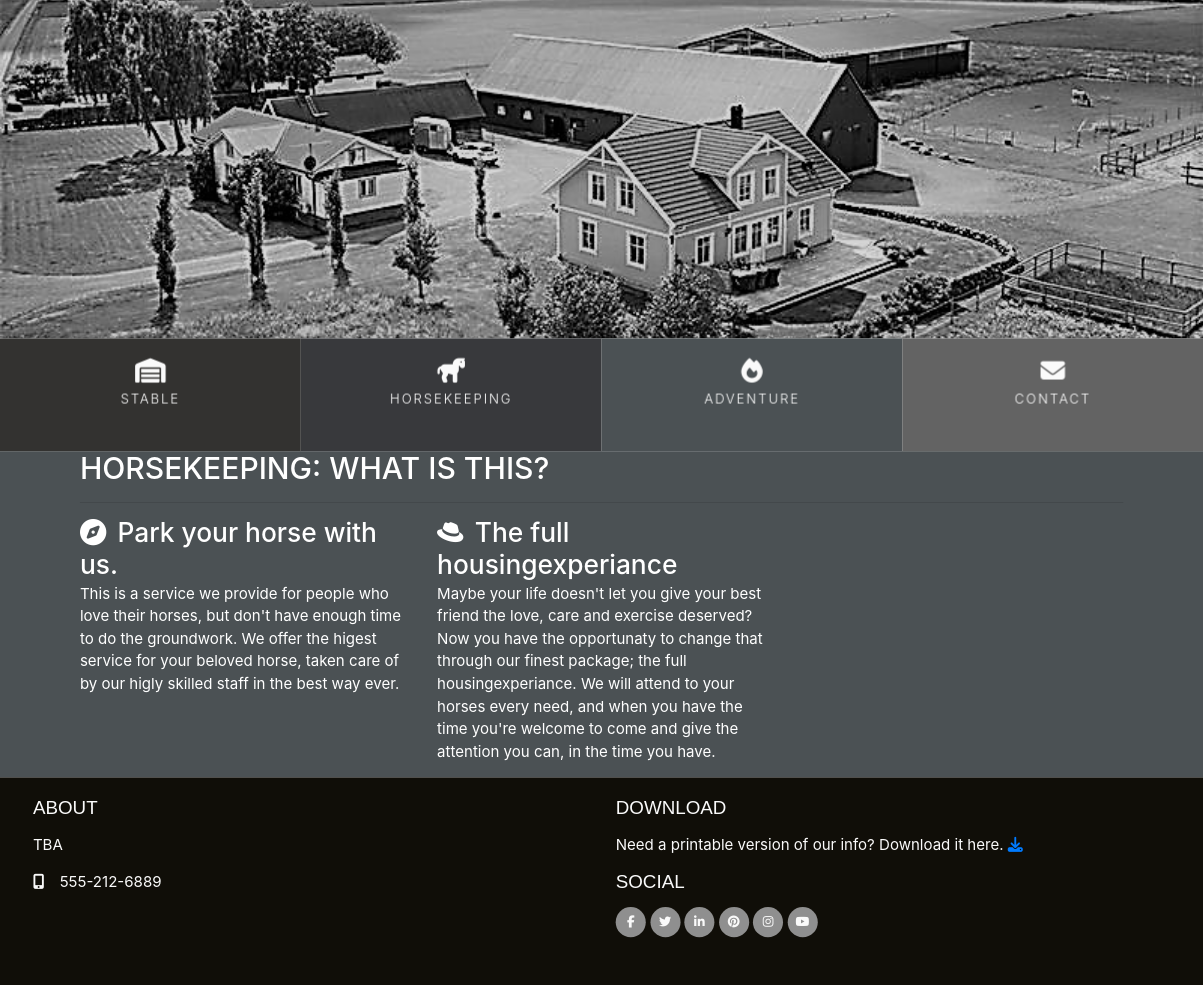
Repository: Jadehammar/frontendmilestone
Page: horsekeeping.html
The author's editor kept a record of every edit. The page is drawn from the files as they stood at one moment, then again after the next edit.
The browser window is 1280 px wide. The pictures show the whole page, at 94% of full size.
Backgrounds fixed to the window are drawn as part of the page. Some web libraries are served in a nearby version.

Above is the page before.

### horsekeeping.html
<!DOCTYPE html>
<html lang="en">

<head>
    <meta charset="UTF-8">
    <meta name="viewport" content="width=device-width, initial-scale=1.0">
    <meta http-equiv="X-UA-Compatible" content="ie=edge">
    <link rel="stylesheet" href="https://stackpath.bootstrapcdn.com/font-awesome/4.7.0/css/font-awesome.min.css" type="text/css" />
    <link rel="stylesheet" href="https://cdnjs.cloudflare.com/ajax/libs/hover.css/2.3.1/css/hover-min.css" type="text/css" />
    <link rel="stylesheet" href="https://stackpath.bootstrapcdn.com/bootstrap/4.3.1/css/bootstrap.min.css" type="text/css" />
    <link rel="stylesheet" href="assets/css/style.css" type="text/css" />
    <title>Ridingschool, Horsekeeping</title>
</head>

<body>
    <header>
        <div class="row no-gutters">
            <a href="horsekeeping.html" class="col-12 logo"></a>
            <div class="col-md-12">
                <div class="row no-gutters">
                    <div class="col">
                        <ul id="nav" class="list-inline menucontainer">
                            <li class="col-6 col-sm-3 ui-menue-color-home list-inline-item menueitem">
                                <a href="stable.html" class="hvr-bounce-to-bottom"><i class="fa fa-warehouse" aria-hidden="true"></i><span>Stable</span></a>
                            </li>
                            <li class="col-6 col-sm-3 ui-menue-color-resume list-inline-item menueitem">
                                <a href="horsekeeping.html" class="hvr-bounce-to-bottom"><i class="fa fa-horse" aria-hidden="true"></i><span>Horsekeeping</span></a>
                            </li>
                            <li class="col-6 col-sm-3 ui-menue-color-contact list-inline-item menueitem">
                                <a href="adventure.html" class="hvr-bounce-to-bottom"><i class="fa fa-fire" aria-hidden="true"></i><span>Adventure</span></a>
                            </li>
                            <li class="col-6 col-sm-3 ui-menue-color-download list-inline-item menueitem">
                                <a href="contact.html" class="hvr-bounce-to-bottom"><i class="fa fa-envelope" aria-hidden="true"></i><span>contact</span></a>
                            </li>

                        </ul>
                    </div>
                </div>
            </div>
        </div>
    </header>
    <div class="container-wrapper container-wrapper--red">
        <div class="container features-container content-container">
            <section class="features">
                <div class="row">
                    <div class="col-12 page-header">
                        <h2 class="text-uppercase">Horsekeeping: What is this?</h2>
                        <hr class="block-divider block-divider--short block-divider--white">
                    </div>
                </div>
                <div class="row">
                    <div class="col-12 col-md-6 col-lg-4">
                        <div class="feature">
                            <h3><i class="fas fa-compass" style="padding-right: 12px;">
                            </i>Park your horse with us.</h3>
                            <p>This is a service we provide for people who love their horses, but don't have enough time to do the groundwork.
                            We offer the higest service for your beloved horse, taken care of by our higly skilled staff in the best way ever.</p>
                        </div>
                    </div>
                    <div class="col-12 col-md-6 col-lg-4">
                        <div class="feature">
                            <h3><i class="fab fa-redhat" style="padding-right: 12px;">
                            </i>The full housingexperiance</h3>
                            <p>Maybe your life doesn't let you give your best friend the love, care and exercise deserved?
                            Now you have the opportunaty to change that through our finest package; the full housingexperiance.
                            We will attend to your horses every need, and when you have the time you're
                            welcome to come and give the attention you can, in the time you have.</p>
                        </div>
                    </div>
                </div>
            </section>
        </div>
    </div>
    <footer class="container-fluid">
        <div id="footer-details" class="row">
            <div class="col-sm-6">
                <h5 class="uppercase general-sub">About</h5>
                <p class="inline-block">
                    TBA
                </p>
            </div>
            <div class="col-sm-6">
                <h5 class="uppercase general-sub">Download</h5>
                <p class="inline-block">
                    Need a printable version of our info? Download it here.
                    <a href="assets/info.pdf" taraget="_blank" class="info-pdf">
                        <i class="fa fa-download" aria-hidden="true"></i>
                        <span class="sr-only">Download link.</span>
                    </a>
                </p>
            </div>
            <div class="col-sm-6">
                <i class="fa fa-mobile" aria-hidden="true" style="padding-right: 12px;"></i>
                <p class="inline-block"> 555-212-6889
                    <span class="sr-only">Phone.</span>
                    </a>
                </p>
            </div>
            <div class="col-sm-4">
                <h5 class="uppercase general-sub">social</h5>
                <ul class="list-inline social-links">
                    <li class="list-inline-item">
                        <a target="_blank" href="#">
                            <i class="fab fa-facebook-f" aria-hidden="true"></i>
                            <span class="sr-only">Facebook</span>
                        </a>
                    </li>
                    <li class="list-inline-item">
                        <a target="_blank" href="#">
                            <i class="fab fa-twitter" aria-hidden="true"></i>
                            <span class="sr-only">Twitter</span>
                        </a>
                    </li>
                    <li class="list-inline-item">
                        <a target="_blank" href="#">
                            <i class="fab fa-linkedin-in" aria-hidden="true"></i>
                            <span class="sr-only">LinkedIn</span>
                        </a>
                    </li>
                    <li class="list-inline-item">
                        <a target="_blank" href="#">
                            <i class="fab fa-pinterest" aria-hidden="true"></i>
                            <span class="sr-only">Pinterest</span>
                        </a>
                    </li>
                    <li class="list-inline-item">
                        <a target="_blank" href="#">
                            <i class="fab fa-instagram" aria-hidden="true"></i>
                            <span class="sr-only">Instagram</span>
                        </a>
                    </li>
                    <li class="list-inline-item">
                        <a target="_blank" href="#">
                            <i class="fab fa-youtube" aria-hidden="true"></i>
                            <span class="sr-only">YouTube</span>
                        </a>
                    </li>
                </ul>
            </div>
        </div>
    </footer>
    <script src="https://kit.fontawesome.com/d636ceede3.js"></script>
</body>

</html>

### assets/css/style.css
@import url('https://fonts.googleapis.com/css?family=Roboto:100,200,300,400,500,600,700│exo:100,200,300,400,500,600,700');

/*---------------------------------------------color-------------------------------------*/

.container-wrapper {
    background-color: #38393c;
    color: white;
}

.container-wrapper--red {
    background-color: #4b5154;
    color: white;
}

.feature {
    color: #fff;
}

.bg-color-name-title {
    background-color: #676767;
}

.bg-color-three-reasons {
    background-color: #333230;
    color: #fff;
    font-weight: 100;
}

.bg-color-personal-info {
    background-color: #f4f4f4;
}

.ui-menue-color-home {
    background-color: #333230;

}

.ui-menue-color-resume {
    background-color: #38393c;

}

.ui-menue-color-contact {
    background-color: #4b5154;

}

.ui-menue-color-download {
    background-color: #4e4e4ee0;

}

.bg-color-work-history {
    background-color: #646464;
}

.bg-color-contact {
    background-color: #646464;

}

/*---------------------------------------------Special padding/margins/text-------------------------------------*/

h1,
h2,
h3,
h4,
h5 {
    margin: 0;
}

.uppercase {
    text-transform: uppercase;
    color: #fff;
}

.general-sub {
    font-family: "Exo", sans-serif;
    font-weight: 200;
    color: #fafafa;
    padding-bottom: 15px;
}

.inline-block {
    display: inline-block;
}

.row-table {
    display: table;
}

.section-column {
    display: table-cell;
    padding: 0 30px 30px;
    float: none;
}

.history-heading,
.section-heading {
    font-family: "Exo", sans-serif;
    font-weight: 200;
    margin-bottom: 40px;
    margin-top: 25px;
}

/*---------------------------------------------Heading-------------------------------------*/

header {
    margin: 0;
}

.heading {
    margin-left: 50px;

}

.logo-stable {
    background: url("../images/gård på avstånd.jpg");
    background-position: center;
    background-repeat: no-repeat;
    background-size: cover;
    min-height: 360px;
    transition: all .75s ease-in-out;
    -moz-transition: all .75s ease-in-out;
    -webkit-transition: all .75s ease-in-out;
    -o-transition: all .75s ease-in-out;
}

.logo {
    background: url("../images/Varberg-intro-800x418_bw.jpg.jpg") no-repeat bottom right fixed;
    background-position: center;
    background-repeat: no-repeat;
    background-size: cover;
    min-height: 360px;
    transition: all .75s ease-in-out;
    -moz-transition: all .75s ease-in-out;
    -webkit-transition: all .75s ease-in-out;
    -o-transition: all .75s ease-in-out;
}

.name {
    font-family: "Exo" sans-serif;
    font-weight: 100;
    font-size: 46px;
    margin-top: 50px;
    color: #fff;
}

.title {
    font-family: "Roboto" sans-serif;
    font-weight: 200;
    font-size: 28px;
    margin-top: 20px;
    margin-bottom: 90px;
    color: #fff;
}

.list-inline-item:not(:last-child) {
    margin: 0;
}

.menucontainer {
    font-size: 0;
}

#nav li {
    font-size: 14px;
    padding: 0;
}

#nav {
    margin: 0;
}

.menueitem {
    height: 120px;
    text-align: center;
    padding: 0;
}

.menueitem a {
    width: 100%;
    text-decoration: none;
    color: #fff;
    height: 120px;
}

.menueitem a i {
    padding-top: 22px;
    display: block;
    color: #fafafa;
    font-size: 26px;
}

.menueitem span {
    display: block;
    width: 100%;
    padding-top: 5px;
    text-align: center;
    text-transform: uppercase;
    font-size: 14px;
    font-weight: 300;
    letter-spacing: 2px;
}


/*---------------------------------------------Hover.css-------------------------------------*/

.hvr-bounce-to-bottom:before {
    background: rgba(0, 0, 0, 0.2);
    height: 120px;
}

/*---------------------------------------------Footer-------------------------------------*/

footer {
    background-color: #100e08;
    color: #fafafa;
    min-height: 120px;
    margin: 0;
}

.cv-info i {
    font-size: 18px;
    color: #fff;
    text-align: center;
    padding-left: 5px;
    transition: all 0.35s ease-in-out;
    -moz-transition: all 0.35s ease-in-out;
    -webkit-transition: all 0.35s ease-in-out;
    -o-transition: all 0.35 ease-in-out;
}

.cv-info i:hover {
    color: #29ca4d;
    font-size: 19px;
}

.social-links {
    padding-bottom: 15px;
}


.social-links li a i {
    width: 32px;
    height: 32px;
    padding: 12px 0;
    border-radius: 50%;
    font-size: 13px;
    line-height: 7px;
    text-align: center;
    color: #fafafa;
    background: #8f8f8f;
    transition: all 0.35s ease-in-out;
    -moz-transition: all 0.35s ease-in-out;
    -webkit-transition: all 0.35s ease-in-out;
    -o-transition: all 0.35 ease-in-out;
}

.social-links li a i:hover {
    background: #e84610;
}

#footer-details {
    padding: 20px;
}

/*---------------------------------------------Three reasons-------------------------------------*/

.three-reasons-icon {
    font-size: 26px;
    color: #e67e22;
}

.three-reasons-heading {
    margin-bottom: 15px;
}

/*---------------------------------------------Personal info-------------------------------------*/

.personal-info-item {
    margin-bottom: 20px;
    display: block;
    clear: both;

}

.personal-info-item .key,
.personal-info-item .value {
    padding-right: 8px;
    display: inline-block;
}

.personal-info-item .key p,
.personal-info-item .value p {
    margin: 0;
}

.personal-info-item .key {
    width: 30%;
    margin-right: 21px;
    padding-top: 2px;
    vertical-align: top;

}

.personal-info-item .key p {
    font-weight: 700;
}

.personal-info-item .value {
    position: relative;
    width: 60%;

}

/*---------------------------------------------Contact-form-------------------------------------*/

.contact-heading {
    font-family: "Exo", sans-serif;
    font-weight: 300;
    margin-top: 25px;
    margin-bottom: 20px;
    color: #fff;
}

.center-form {
    padding-top: 10px;
    margin: 0 auto;
    max-width: 70%;
}

button [type="submit"] {
    margin: 20px 20px 20px 20px;
    background-color: #e84610;
}

.btn-secondary {
    margin: 20px;
    background-color: #363a3e;
    border-color: #6a6a6b;
}


/*---------------------------------------------Media-query-------------------------------------*/

@media(min-width: 992px) {
    .center-form {
        padding-top: 30px;
        min-height: 240;
        margin: 0 auto;
        max-width: 50%;
    }
}

After the next edit:
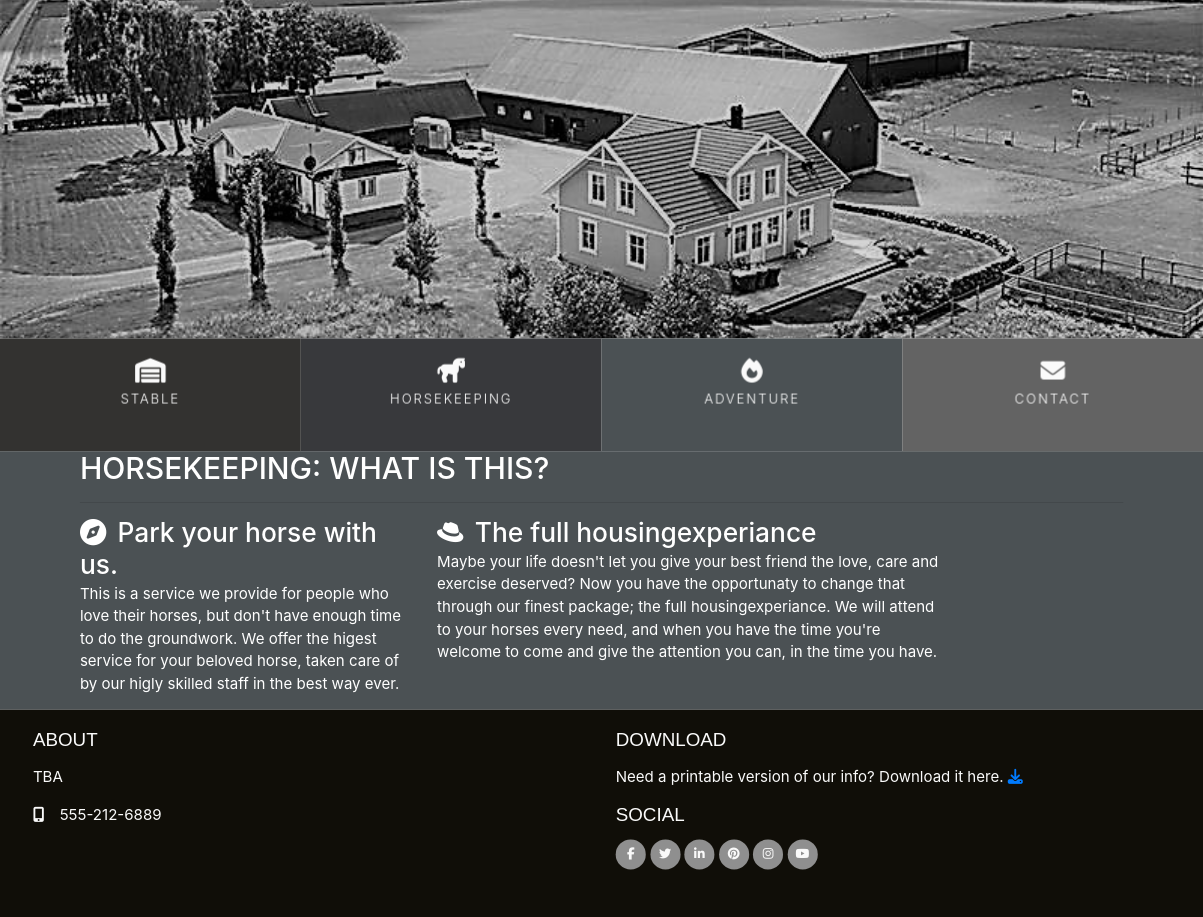
The edit:
--- a/horsekeeping.html
+++ b/horsekeeping.html
@@ -53,18 +53,15 @@
                         <div class="feature">
                             <h3><i class="fas fa-compass" style="padding-right: 12px;">
                             </i>Park your horse with us.</h3>
-                            <p>This is a service we provide for people who love their horses, but don't have enough time to do the groundwork.
-                            We offer the higest service for your beloved horse, taken care of by our higly skilled staff in the best way ever.</p>
+                            <p>This is a service we provide for people who love their horses, but don't have enough time to do the groundwork. We offer the higest service for your beloved horse, taken care of by our higly skilled staff in the best way ever.</p>
                         </div>
                     </div>
-                    <div class="col-12 col-md-6 col-lg-4">
+                    <div class="col-12 col-md-6">
                         <div class="feature">
                             <h3><i class="fab fa-redhat" style="padding-right: 12px;">
                             </i>The full housingexperiance</h3>
-                            <p>Maybe your life doesn't let you give your best friend the love, care and exercise deserved?
-                            Now you have the opportunaty to change that through our finest package; the full housingexperiance.
-                            We will attend to your horses every need, and when you have the time you're
-                            welcome to come and give the attention you can, in the time you have.</p>
+                            <p>Maybe your life doesn't let you give your best friend the love, care and exercise deserved? Now you have the opportunaty to change that through our finest package; the full housingexperiance. We will attend to your horses every
+                                need, and when you have the time you're welcome to come and give the attention you can, in the time you have.</p>
                         </div>
                     </div>
                 </div>
